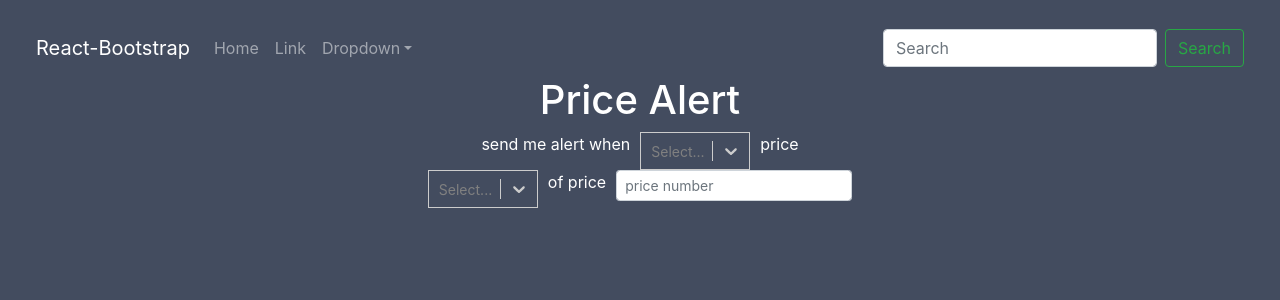
Repository: flychicken123/PriceAlertFront
Page: /
The author's editor kept a copy of each file at every save. The page is drawn from the files as they stood at one save, then again after the next save.
The browser window is 1280 px wide. The pictures show the whole page.
The page's requests for data from a server got no answer. The project was rebuilt for these pictures with package versions that can differ from the ones it lists, and the page was loaded fresh each time. No one was signed in, and anything a server would have sent is missing. Also part of the build but not shown: src/App.css, src/css/Home.css.

Above is the page before, as saved 2021-03-07 13:01:34.

After the next save:
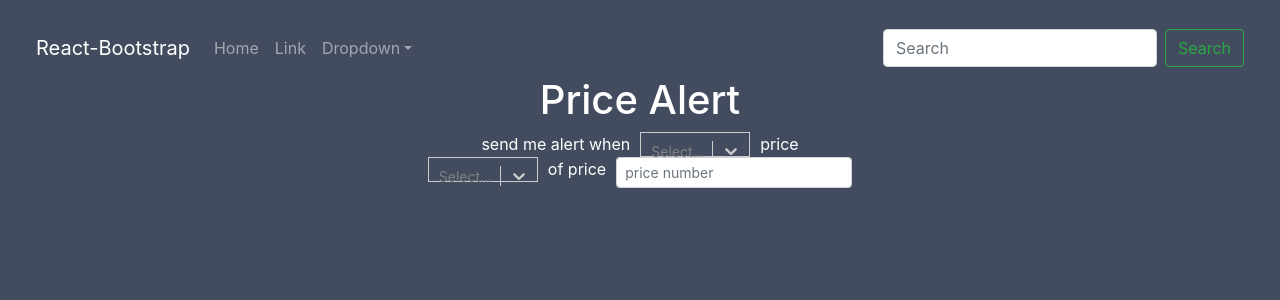
Saved 19 s later.
--- a/src/components/Home.jsx
+++ b/src/components/Home.jsx
@@ -11,12 +11,9 @@ export default function Home(props) {
         control: base => ({
             ...base,
             height: 25,
+            minHeight: 20,
             width: 110,
             fontSize: 14,
-        }),
-        menu: styles => ({
-            ...styles,
-            width: '200px'
         })
     };
 
